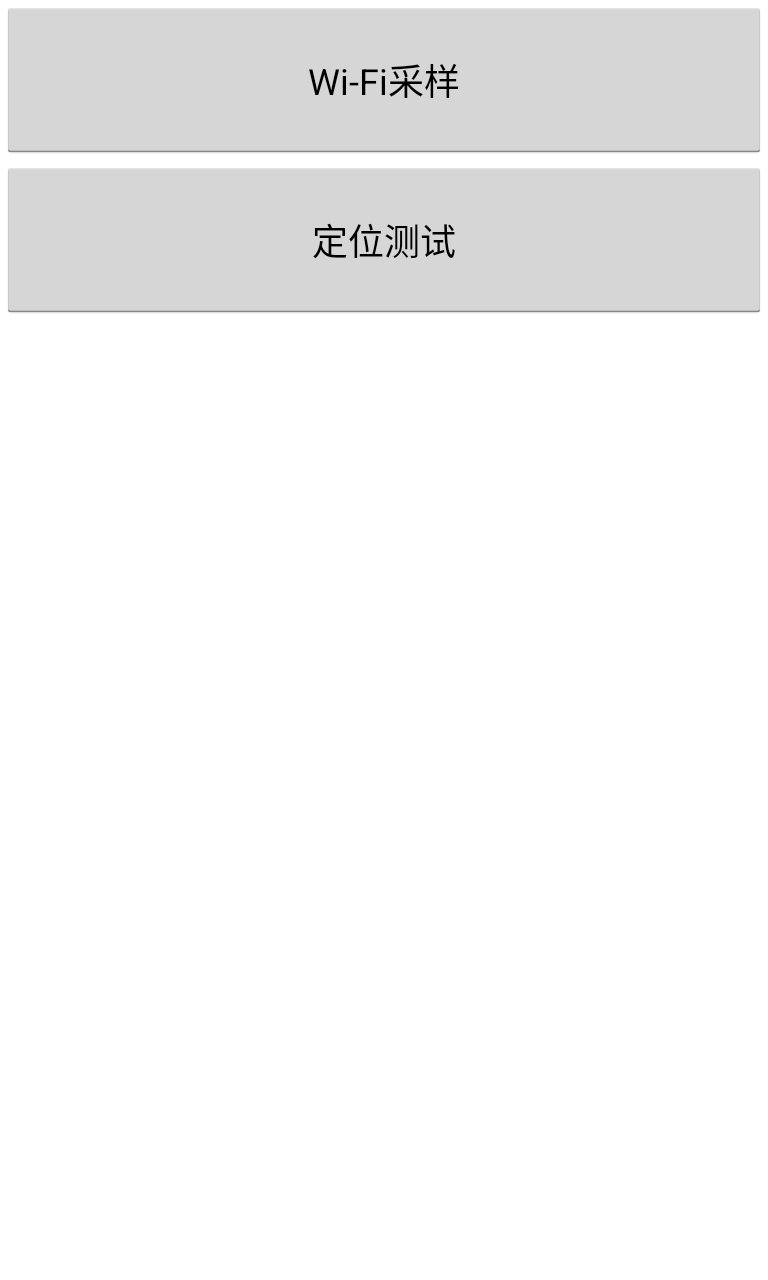
Repository: RenchuSong/tMap_Android
Layout: tmap_model_tool/res/layout/navigation.xml
The author's editor kept a copy of each file at every save. The layout is drawn from the files as they stood at one save, then again after the next save.
It is drawn on a 768 x 1280 px phone screen (xhdpi) without system bars, with theme AppTheme; the app's code is not run.

Above is the layout before, as saved 2014-05-11 18:53:33.

After the next save:
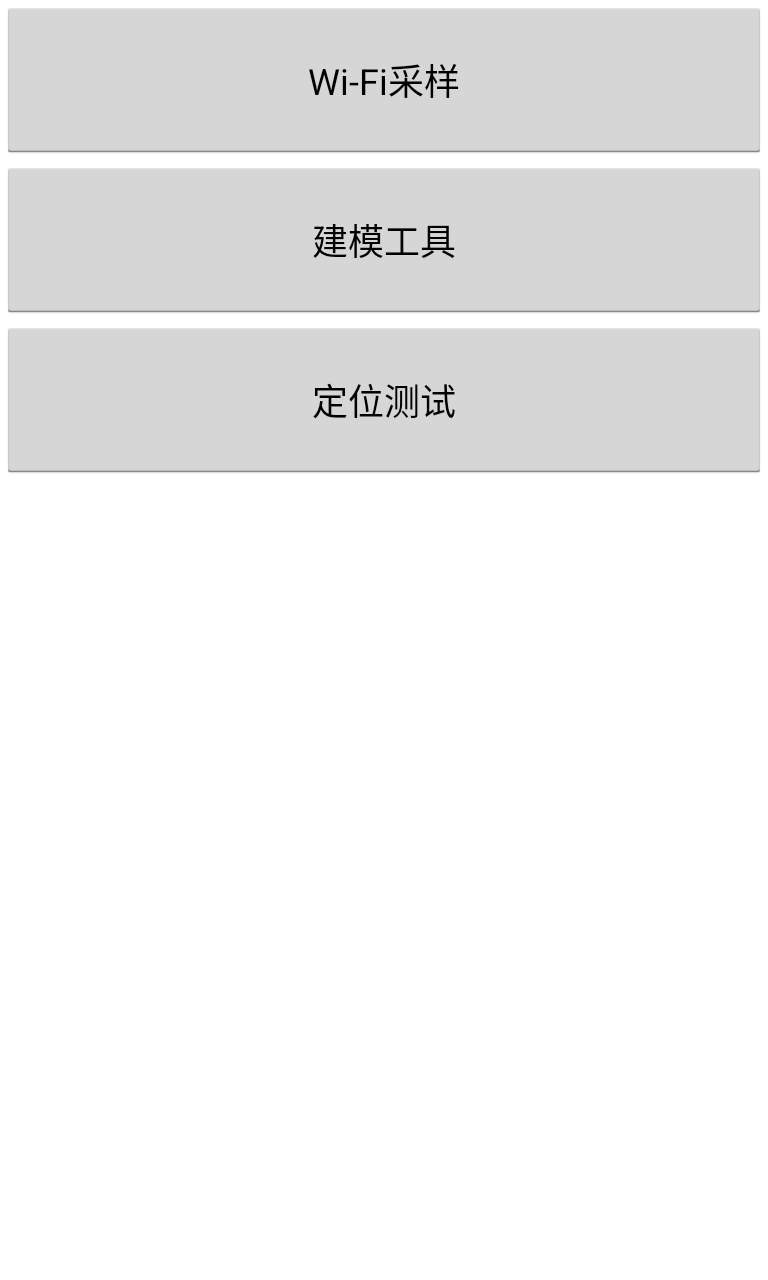
Saved 58 s later.
--- a/tmap_model_tool/res/layout/navigation.xml
+++ b/tmap_model_tool/res/layout/navigation.xml
@@ -11,6 +11,12 @@
         android:text="Wi-Fi采样" />
 
     <Button
+        android:id="@+id/modelBtn"
+        android:layout_width="match_parent"
+        android:layout_height="80dp"
+        android:text="建模工具" />
+
+    <Button
         android:id="@+id/locatingBtn"
         android:layout_width="match_parent"
         android:layout_height="80dp"
